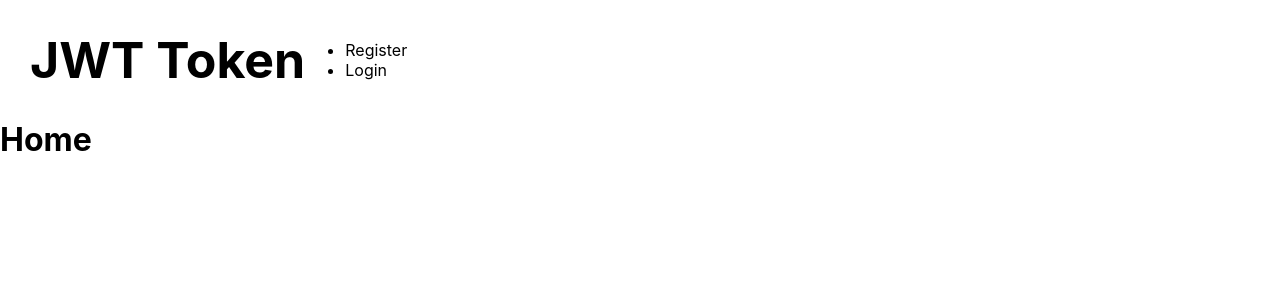
Repository: Prafullkuma/jwttoken
Page: /
The author's editor kept a copy of each file at every save. The page is drawn from the files as they stood at one save, then again after the next save.
The browser window is 1280 px wide. The pictures show the whole page.
The project was rebuilt for these pictures with package versions that can differ from the ones it lists, and the page was loaded fresh each time. Also part of the build but not shown: src/App.css, src/component/Auth/Signup.js, src/component/Auth/Signin.js, src/component/User/User.js, src/component/Admin/Dashboard.js.

Above is the page before, as saved 2020-08-22 21:00:20.

### src/App.js
import React from 'react';
import { BrowserRouter, Route } from 'react-router-dom'
import './App.css';
import Navbar from './component/Navbar'
import Signup from './component/Auth/Signup';
import Signin from './component/Auth/Signin';
import User from './component/User/User';
import Dashboard from './component/Admin/Dashboard';
import Home from './component/Home/Home';

function App() {
  return (
    <div className="App">
      <BrowserRouter>
        <Navbar />
        <Route path="/signup" component={Signup} />
        <Route path="/signin" component={Signin} />
        <Route path="/user" component={User} />
        <Route path="/admin" component={Dashboard} />
        <Route exact path="/" component={Home} />
      </BrowserRouter>
    </div>
  );
}

export default App;

### src/component/Navbar.js
import React from 'react'
import { Link } from 'react-router-dom'
import './Navbar.css'
function Navbar() {
    return (
        <div>
            <section className="Nav">
                <h1> <Link to="/">JWT Token</Link></h1>
                <nav className="navbar-items">
                    <ul>
                        <li><Link to="/signup">Register</Link></li>
                        <li><Link to="/signin">Login</Link></li>
                    </ul>

                </nav>
            </section>
        </div>
    )
}

export default Navbar

### src/component/Navbar.css
.Nav{
display: flex;
align-items: center;
padding: 30px;
}
.Nav h1{
    font-size: 50px;
}
.Nav a{
    text-decoration: none;
    color:black
}
.navbar-items{
    display: flex;
}

Loaded but not shown: src/index.js (common file); src/index.css (common file); src/component/Home/Home.js (common file)

After the next save:
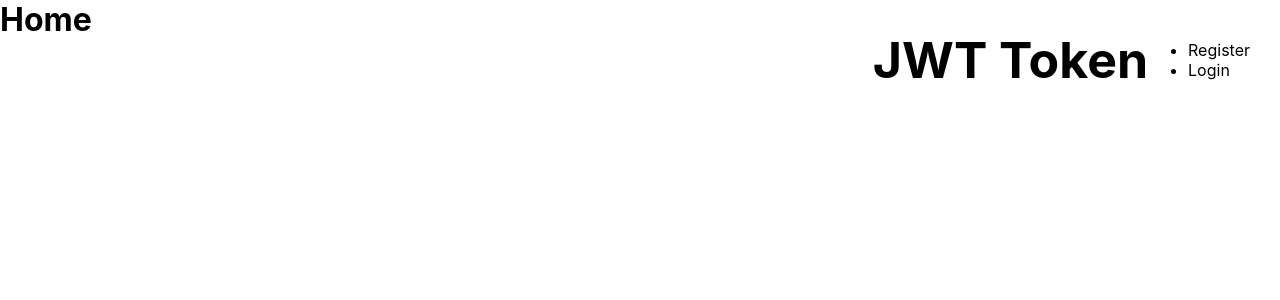
Saved 19 s later.
--- a/src/component/Navbar.css
+++ b/src/component/Navbar.css
@@ -2,6 +2,7 @@
 display: flex;
 align-items: center;
 padding: 30px;
+float: right;
 }
 .Nav h1{
     font-size: 50px;

After the save that followed:
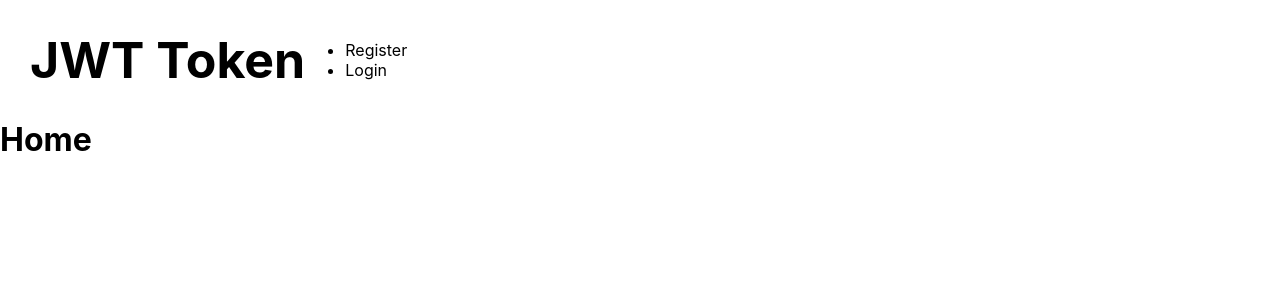
Saved 5 s later.
--- a/src/component/Navbar.css
+++ b/src/component/Navbar.css
@@ -2,7 +2,6 @@
 display: flex;
 align-items: center;
 padding: 30px;
-float: right;
 }
 .Nav h1{
     font-size: 50px;
